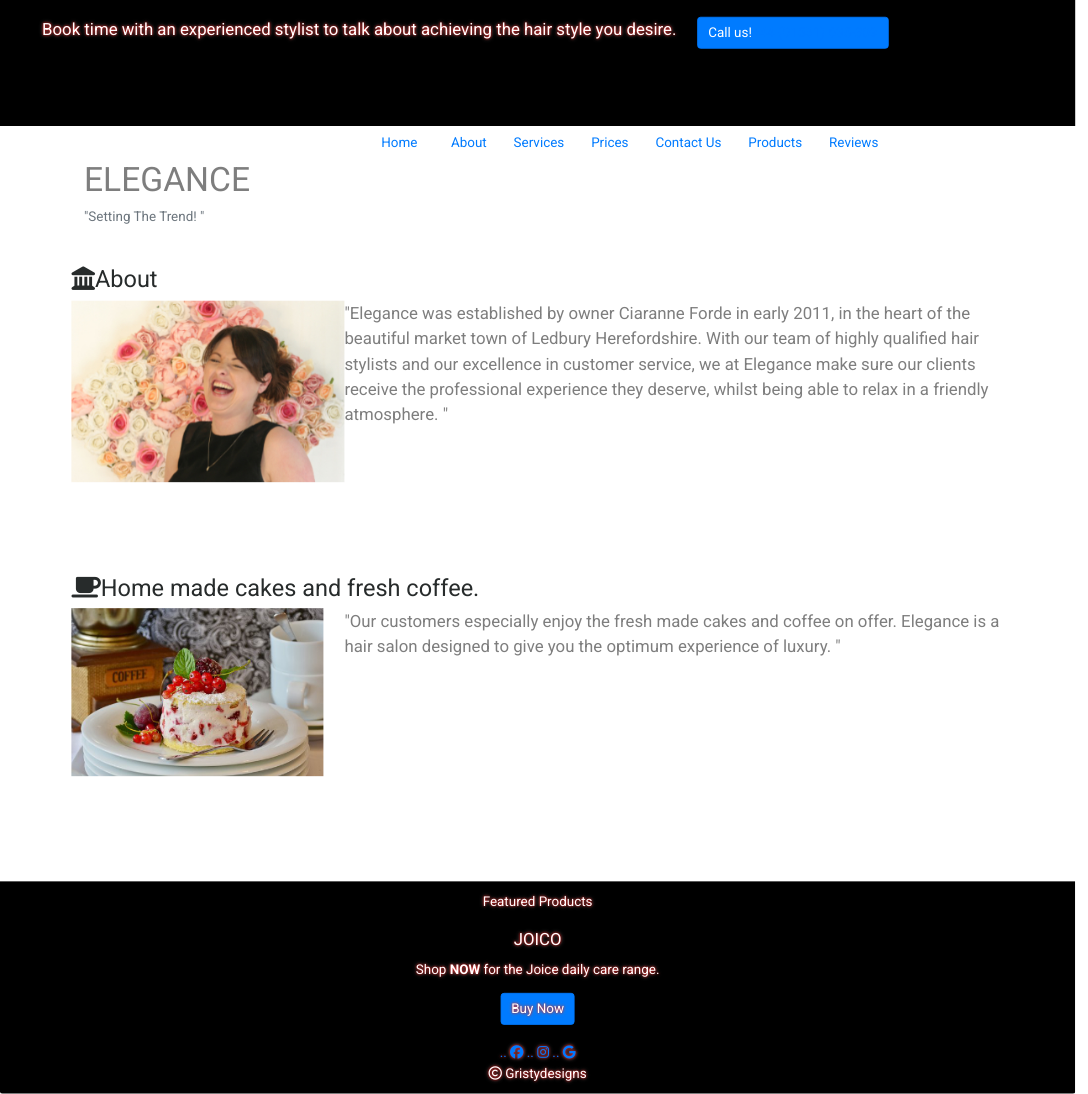
Repository: Gristydesigns/elegance-salon
Page: about.html
The author's editor kept a record of every edit. The page is drawn from the files as they stood at one moment, then again after the next edit.
The browser window is 1280 px wide. The page is 1295 px wide, so the pictures cover 1295 px, including what lies to the right of the window. The pictures show the whole page, at 84% of full size.
Some web libraries are served in a nearby version.

Above is the page before.
Console error: TypeError: Cannot read properties of undefined (reading 'fn')

After the next edit:
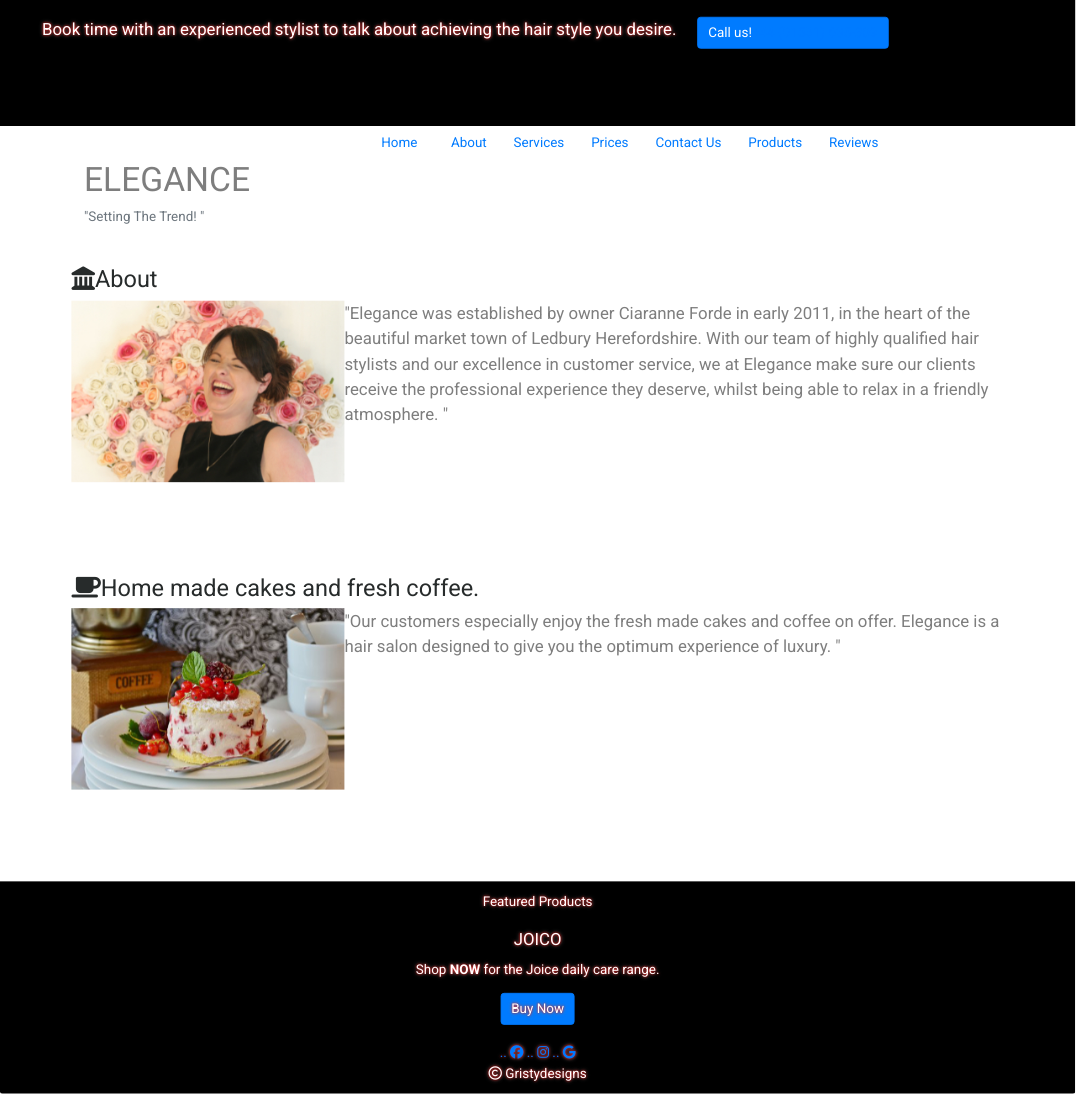
The edit:
--- a/about.html
+++ b/about.html
@@ -94,7 +94,7 @@
                 <div class="col-12 ">
                     <h3 class="text "><i class="fas fa-coffee flexi-wrap "></i>Home made cakes and fresh coffee.</h3>
                     <div class="media ">
-                        <img class="wrap" src="image/cake2.jpg " class="img-fluid rounded " alt="Responsive image image of delicious cakes">
+                        <img class="wrap" src="image/cake325.jpg " class="img-fluid rounded " alt="Responsive image image of delicious cakes">
                     </div>
                     <blockquote class="blockquote ">
                         <p> "Our customers especially enjoy the fresh made cakes and coffee on offer. Elegance is a hair salon designed to give you the optimum experience of luxury. "</p>
